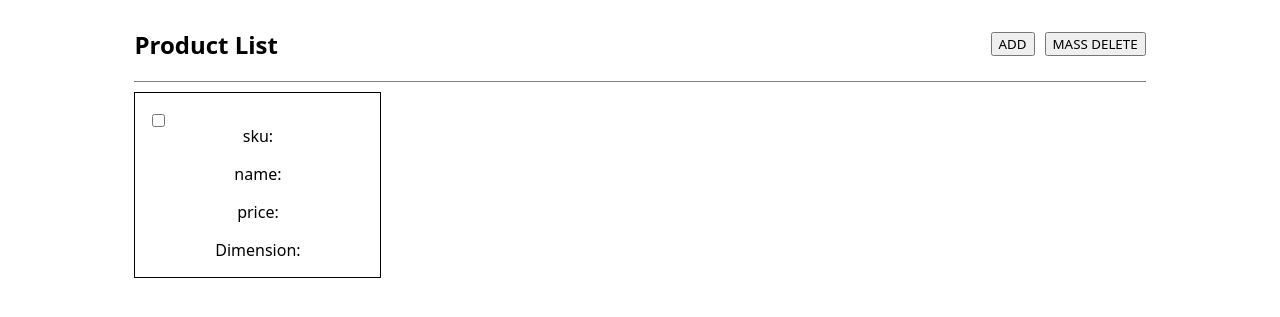
Repository: gabyto19/scandiweb
Page: http://localhost/
An editor plug-in stored every save of this project. The page is shown before and after the next save, followed by the edit.
The browser window is 1280 px wide. The pictures show the whole page.
The page is run by PHP 8.4 with error messages shown; the project is at /var/www/html/.

Above is the page before, as saved 2023-03-08 01:39:46.
Console error: ReferenceError: axios is not defined

After the next save:
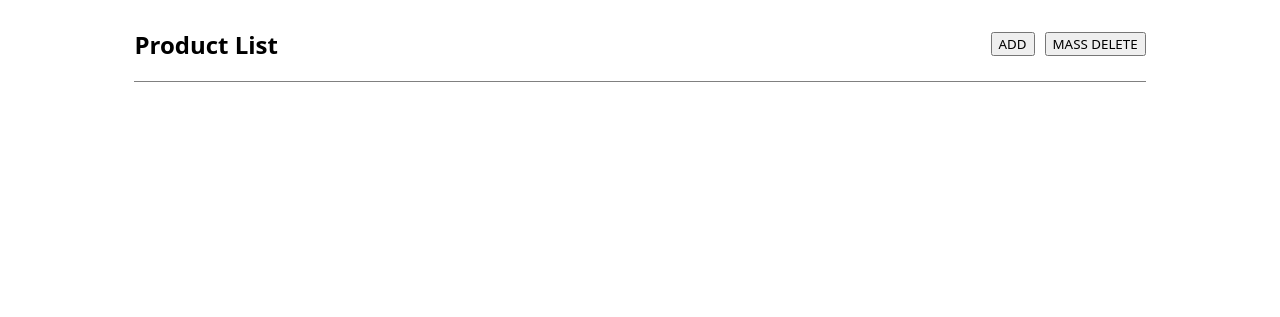
Saved 2 min 46 s later.
--- a/index.php
+++ b/index.php
@@ -24,12 +24,12 @@
 
 
     <div class="grid-container">
-      <div>
+      <div  v-for="product in products" :key="product.sku">
         <input type="checkbox" id="delete-checkbox" class="delete-checkbox" />
-        <p>sku:</p>
-        <p>name:</p>
-        <p>price:</p>
-        <p>Dimension:</p>
+        <p>sku:{{product.sku}}</p>
+        <p>name:{{product.name}}</p>
+        <p>price:{{product.price}}</p>
+        <p>Dimension:{{product.size}}</p>
 
       </div>
     </div>
